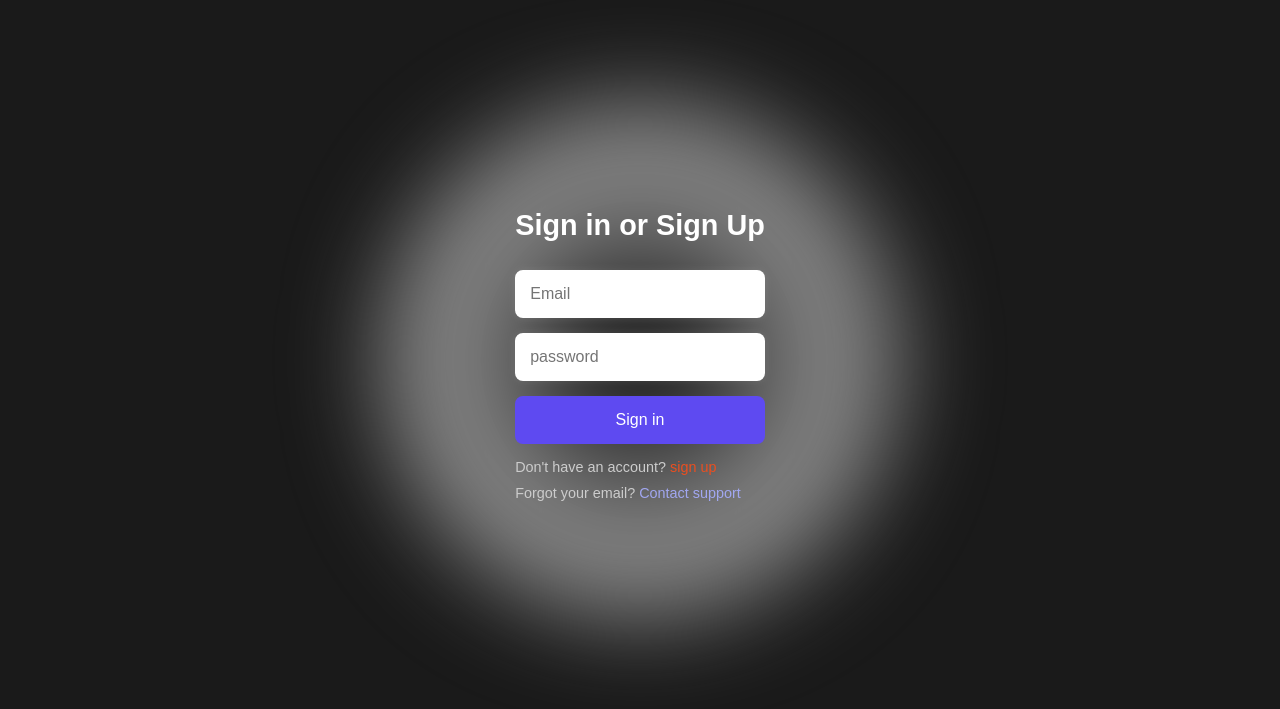
Repository: cmd-keyu/mobileppsh
Page: pages/login.html
The author's editor kept a copy of each file at every save. The page is drawn from the files as they stood at one save, then again after the next save.
The browser window is 1280 px wide. The pictures show the whole page.

Above is the page before, as saved 2024-11-12 00:28:44.

After the next save:
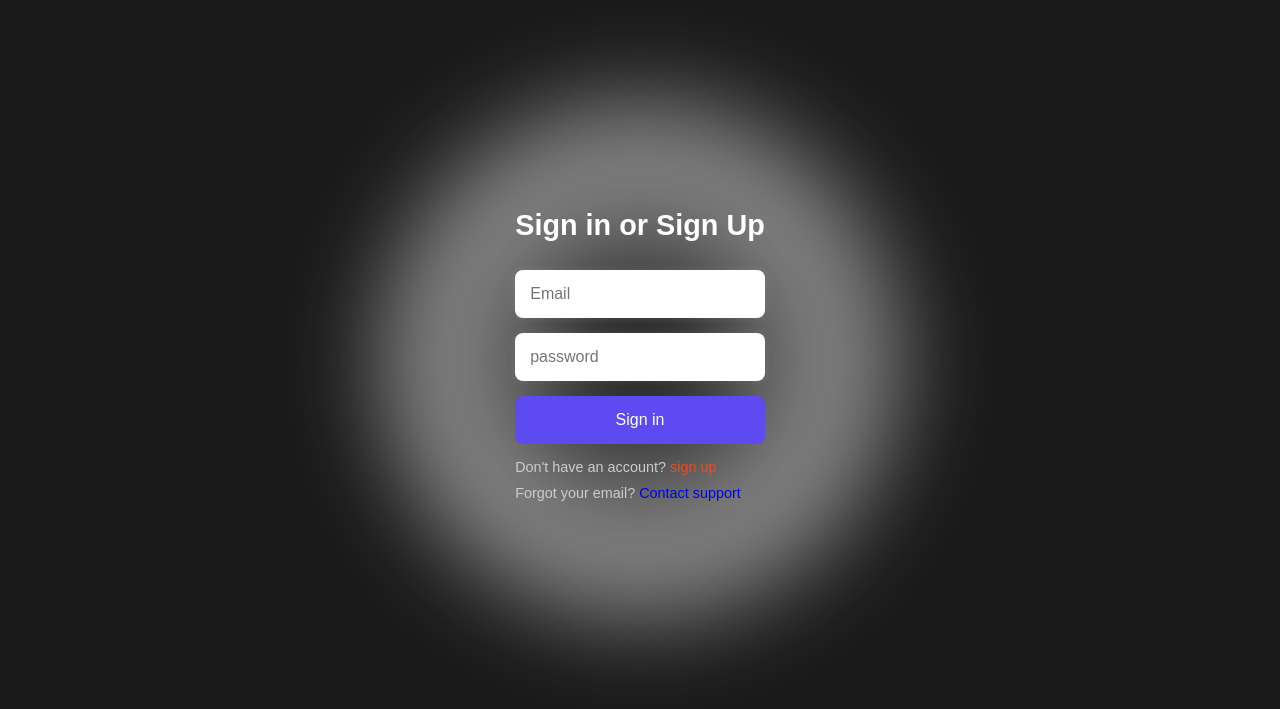
Saved 2 min 28 s later.
--- a/css/login.css
+++ b/css/login.css
@@ -105,7 +105,7 @@
   }
 
   .support a {
-    color: #a1a7f1;
+    color: #background-color: rgb(234, 79, 33);;
     text-decoration: none;
   }
 
